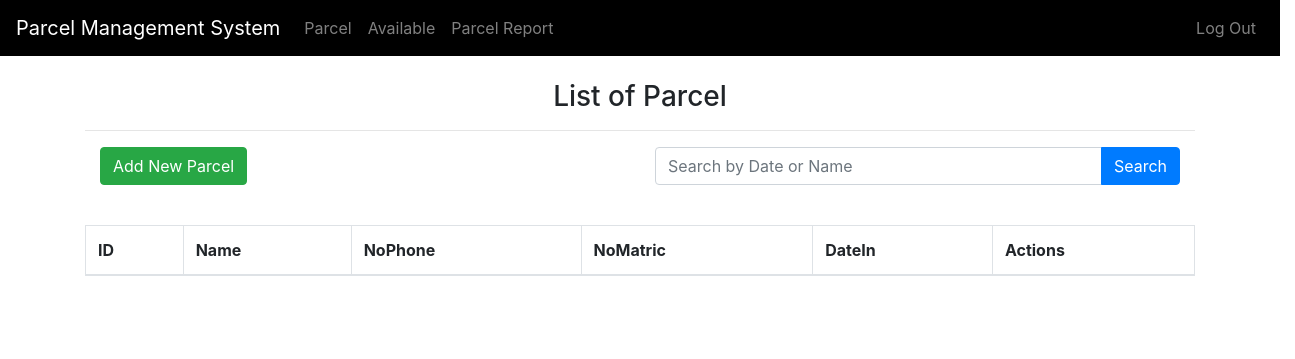
Repository: fikriupm/ParcelManagement_CBSEProject
Page: http://localhost/ParcelManagementSystem/list
These files come from the project's save history. The page is drawn as it stood at one moment and after the next save; the edit follows.
The browser window is 1280 px wide. The page is 1295 px wide, so the pictures cover 1295 px, including what lies to the right of the window. The pictures show the whole page.
The page is served by Tomcat 9. Queries for data that is not in the repository find no rows.

Above is the page before, as saved 2023-06-21 07:53:27.

After the next save:
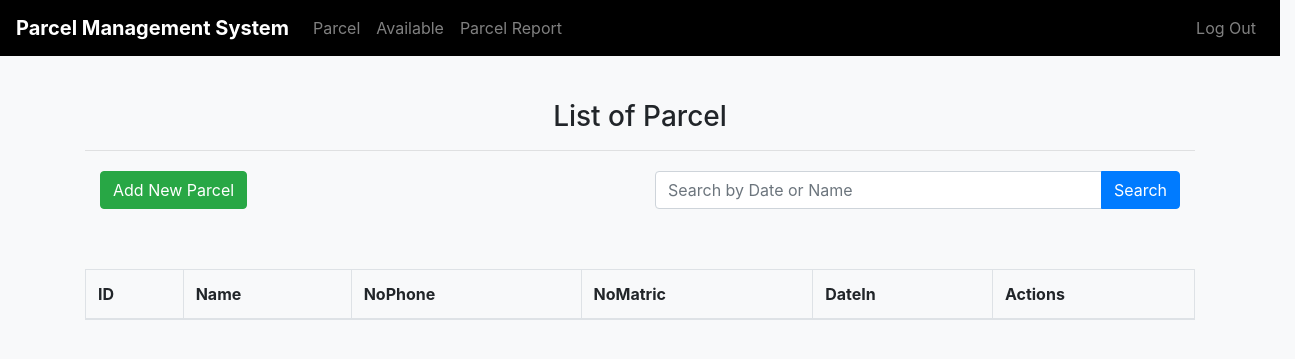
Saved 8 s later.
--- a/ParcelManagementSystem/src/main/webapp/user-list.jsp
+++ b/ParcelManagementSystem/src/main/webapp/user-list.jsp
@@ -4,11 +4,51 @@
 <!DOCTYPE html>
 <html>
 <head>
-<title>Parcel Management System</title>
+<title>Parcel Management System - List of Parcels</title>
 <link rel="stylesheet"
 	href="https://stackpath.bootstrapcdn.com/bootstrap/4.3.1/css/bootstrap.min.css"
 	integrity="sha384-ggOyR0iXCbMQv3Xipma34MD+dH/1fQ784/j6cY/iJTQUOhcWr7x9JvoRxT2MZw1T"
 	crossorigin="anonymous">
+	    <style>
+        body {
+            background-color: #f8f9fa;
+        }
+
+        .navbar {
+            background-color: #343a40;
+        }
+
+        .navbar-brand {
+            font-weight: bold;
+        }
+
+        h1 {
+            text-align: center;
+            padding: 20px;
+        }
+
+        .container {
+            margin-top: 20px;
+        }
+
+        .btn-add {
+            margin-bottom: 10px;
+        }
+
+        .search-form {
+            display: flex;
+            align-items: center;
+        }
+
+        .search-form input {
+            flex: 1;
+            margin-right: 10px;
+        }
+
+        .table {
+            margin-top: 20px;
+        }
+    </style>
 </head>
 <body>
 
